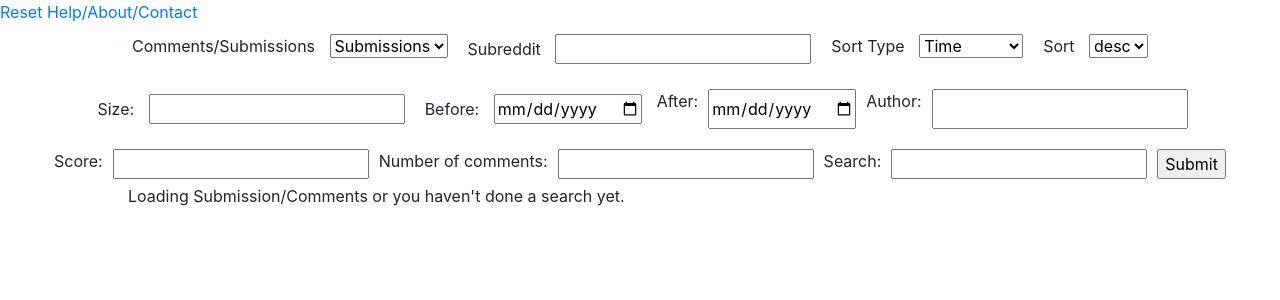
Repository: ihsoyCT/ctarchive
Page: dist/index.html
The author's editor kept a copy of each file at every save. The page is drawn from the files as they stood at one save, then again after the next save.
The browser window is 1280 px wide. The pictures show the whole page.

Above is the page before, as saved 2022-05-03 17:21:45.

### dist/index.html
<!DOCTYPE html>
<html>
  <head>
    <title>Reddit Archive</title>
    <style>
      .children {
        margin-left: 20px;
      }
      .score {
        margin-top: auto;
        margin-bottom: auto; /* width: 20px; */
        padding-left: 8px; /* align-items: center; */ /* justify-content: center; */ /* align-self: center; */
        width: 2%;
      }

      .submissionclass {
        height: auto;
        background-color: lightgray;
        margin: 20px 0px 20px 0px;
        display: flex;
      }

      .main {
        margin-left: 10px;
      }

      .thumbnail {
        /* FLOAT: right; */
        margin-left: auto;
      }

      div#content {
        width: 80%;
        margin: auto;
      }

      #submission a {
        font-size: 10px;
      }

      #submission .post a {
        font-size: 1rem;
      }

      #orhans {
        background-color: red;
      }

      .posted {
        font-size: 10px;
      }
      .thumbnail img {
        max-width: 400px;
      }
      h3 {
        margin: 0;
      }
      p.comment_title {
        font-size: 10px;
      }

      .post {
        background-color: lightgrey;
        border: solid;
        border-width: 1px;
        margin-bottom: 5px;
        font-size: 1rem;
      }

      .post_highlight {
        background-color: rgb(87, 131, 87);
        border: solid;
        border-width: 1px;
        margin-bottom: 5px;
        font-size: 1rem;
      }

      .searchFlex {
        display: flex;
        flex-wrap: wrap;
        justify-content: center;
      }

      .searchFlex * {
        margin: 5px;
      }

      .break {
        flex-basis: 100%;
        height: 0;
      }
    </style>
    <link
      rel="stylesheet"
      href="https://stackpath.bootstrapcdn.com/bootstrap/4.5.0/css/bootstrap.min.css"
      integrity="sha384-9aIt2nRpC12Uk9gS9baDl411NQApFmC26EwAOH8WgZl5MYYxFfc+NcPb1dKGj7Sk"
      crossorigin="anonymous"
    />
    <script
      src="https://code.jquery.com/jquery-3.5.1.slim.min.js"
      integrity="sha384-DfXdz2htPH0lsSSs5nCTpuj/zy4C+OGpamoFVy38MVBnE+IbbVYUew+OrCXaRkfj"
      crossorigin="anonymous"
    ></script>
    <script
      src="https://cdn.jsdelivr.net/npm/popper.js@1.16.0/dist/umd/popper.min.js"
      integrity="sha384-Q6E9RHvbIyZFJoft+2mJbHaEWldlvI9IOYy5n3zV9zzTtmI3UksdQRVvoxMfooAo"
      crossorigin="anonymous"
    ></script>
    <script
      src="https://stackpath.bootstrapcdn.com/bootstrap/4.5.0/js/bootstrap.min.js"
      integrity="sha384-OgVRvuATP1z7JjHLkuOU7Xw704+h835Lr+6QL9UvYjZE3Ipu6Tp75j7Bh/kR0JKI"
      crossorigin="anonymous"
    ></script>
  </head>
  <div class="error" id="error"></div>
  <div class="left">
    <a href="./index.html" id="back">Reset</a>
    <a href="./about.html" id="back">Help/About/Contact</a>
    <div id="searchform">
      <form id="search_form">
        <div class="searchFlex">
          <label for="mode">
            <span class="label">Comments/Submissions</span>
            <select id="mode" name="mode">
              <option value="submissions">Submissions</option>
              <option value="comments">Comments</option>
            </select>
          </label>
          <label for="subreddit">
            <span class="label">Subreddit </span>
            <input type="text" name="subreddit" id="subreddit" />
          </label>
          <label for="sort_type">
            <span class="label">Sort Type</span>
            <select name="sort_type" id="sort_type">
              <option value="created_utc">Time</option>
              <option value="score">Score</option>
              <option value="num_comments">Comments</option>
            </select>
          </label>
          <label for="sort">
            <span class="label">Sort</span>
            <select name="sort" id="sort">
              <option value="desc">desc</option>
              <option value="asc">asc</option>
            </select>
          </label>
          <div class="break"></div>
          <label for="size">
            <span class="label">Size:</span>
            <input type="text" name="size" id="size" />
          </label>
          <label for="before"
            ><span class="label">Before:</span>
            <input type="date" name="before" id="before" />
          </label>
          <label for="after">After:</label>
          <input type="date" name="after" id="after" />
          <label for="author">Author:</label>
          <input type="text" name="author" id="author" />
          <div class="break"></div>
          <label for="score">Score:</label>
          <input type="text" name="score" id="score" />
          <label for="num_comments">Number of comments:</label>
          <input type="text" name="num_comments" id="num_comments" />
          <label for="q">Search:</label>
          <input type="text" name="q" id="q" />
          <input type="submit" />
        </div>
      </form>
    </div>
  </div>
  <div id="status"></div>
  <div id="content"></div>
  <div id="orphans"></div>
  <body>
    <script src="index.js"></script>
  </body>
</html>

Loaded but not shown: dist/index.js (library)

After the next save:
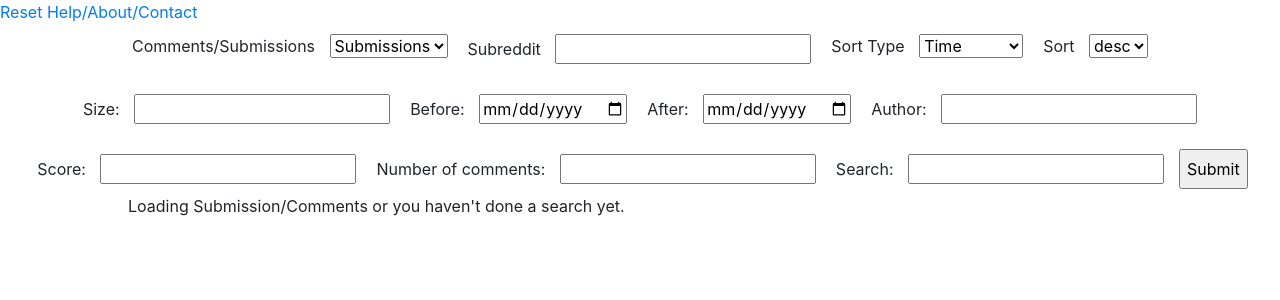
Saved 92 s later.
--- a/dist/index.html
+++ b/dist/index.html
@@ -154,17 +154,27 @@
             ><span class="label">Before:</span>
             <input type="date" name="before" id="before" />
           </label>
-          <label for="after">After:</label>
-          <input type="date" name="after" id="after" />
-          <label for="author">Author:</label>
-          <input type="text" name="author" id="author" />
+          <label for="after"
+            ><span class="label">After:</span>
+            <input type="date" name="after" id="after"
+          /></label>
+          <label for="author"
+            ><span class="label">Author:</span>
+            <input type="text" name="author" id="author"
+          /></label>
           <div class="break"></div>
-          <label for="score">Score:</label>
-          <input type="text" name="score" id="score" />
-          <label for="num_comments">Number of comments:</label>
-          <input type="text" name="num_comments" id="num_comments" />
-          <label for="q">Search:</label>
-          <input type="text" name="q" id="q" />
+          <label for="score"
+            ><span class="label">Score:</span>
+            <input type="text" name="score" id="score"
+          /></label>
+          <label for="num_comments"
+            ><span class="label">Number of comments:</span>
+            <input type="text" name="num_comments" id="num_comments"
+          /></label>
+          <label for="q"
+            ><span class="label">Search:</span>
+            <input type="text" name="q" id="q"
+          /></label>
           <input type="submit" />
         </div>
       </form>
